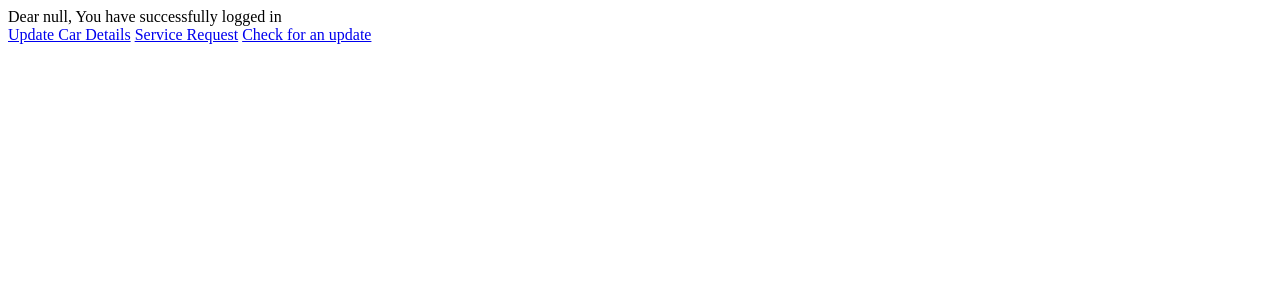
Repository: LingWenXing/java-fundamentals
Page: http://localhost/CarServiceSystem/customerLoginSuccess.jsp
These files come from the project's save history. The page is drawn as it stood at one moment and after the next save; the edit follows.
The browser window is 1280 px wide. The pictures show the whole page.
The page is served by Tomcat 9.

Above is the page before, as saved 2022-04-12 02:08:52.

After the next save:
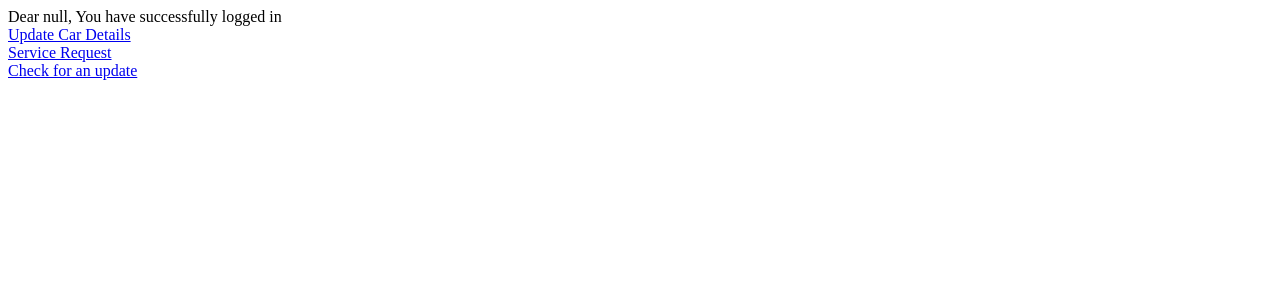
Saved 11 s later.
--- a/CarServiceSystem/src/main/webapp/customerLoginSuccess.jsp
+++ b/CarServiceSystem/src/main/webapp/customerLoginSuccess.jsp
@@ -8,8 +8,8 @@
 </head>
 <body>
 	Dear <%out.print(session.getAttribute("cname"));%>, You have successfully logged in<br>
-	<a href="/CarServiceSystem/updateCarDetails.html">Update Car Details</a>
-	<a href="/CarServiceSystem/serviceRequest.html">Service Request</a>
+	<a href="/CarServiceSystem/updateCarDetails.html">Update Car Details</a><br>
+	<a href="/CarServiceSystem/serviceRequest.html">Service Request</a><br>
 	<a href="/CarServiceSystem/checkStatus.html">Check for an update</a>
 </body>
 </html>
